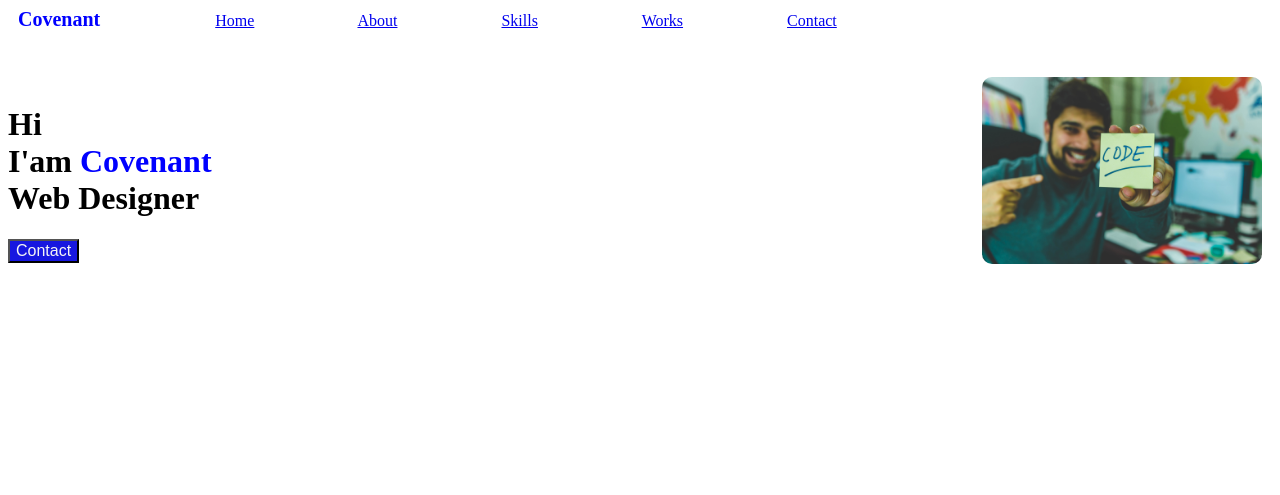
Repository: Tobby004/bdc-assignment-1
Page: index.html
An editor plug-in stored every save of this project. The page is shown before and after the next save, followed by the edit.
The browser window is 1280 px wide. The pictures show the whole page.

Above is the page before, as saved 2023-02-09 09:14:30.

After the next save:
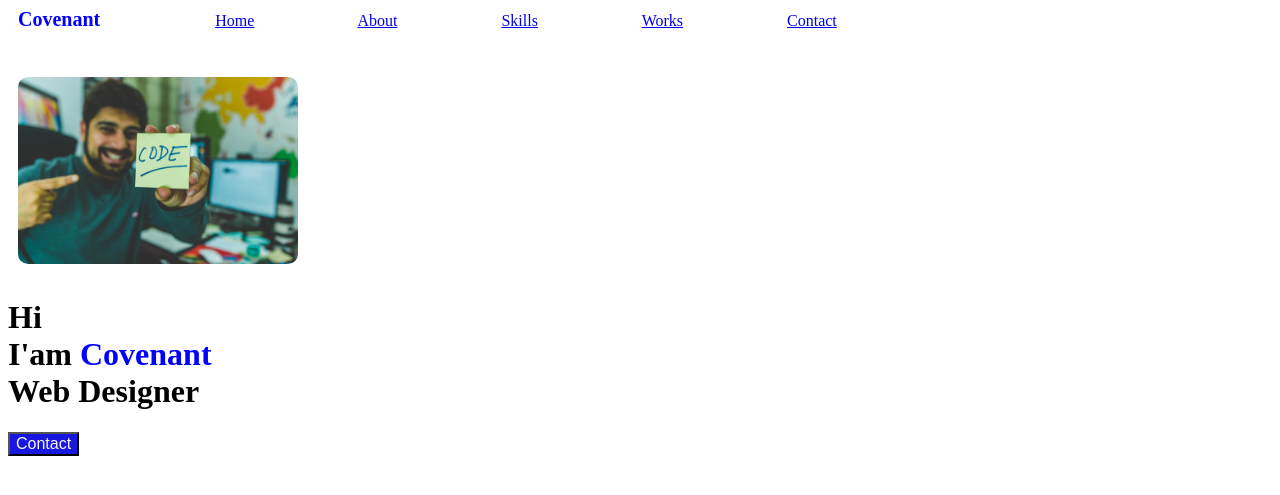
Saved 59 s later.
--- a/task.css
+++ b/task.css
@@ -20,9 +20,8 @@
 }
 img{
     width: 300px;
-    display: block;
     padding: 10px;
-    float: right;
+
     max-width: 500%;
     border-radius: 20px;
 }

After the save that followed:
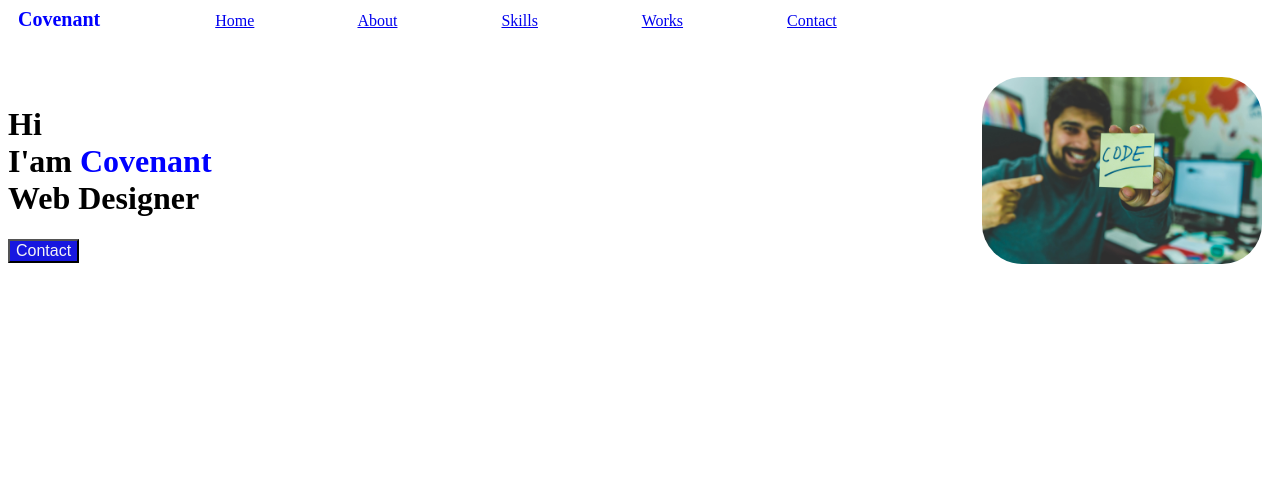
Saved 80 s later.
--- a/task.css
+++ b/task.css
@@ -21,9 +21,8 @@
 img{
     width: 300px;
     padding: 10px;
-
-    max-width: 500%;
-    border-radius: 20px;
+    float: right;
+    border-radius: 50px;
 }
 h1 b {
     color: blue;
